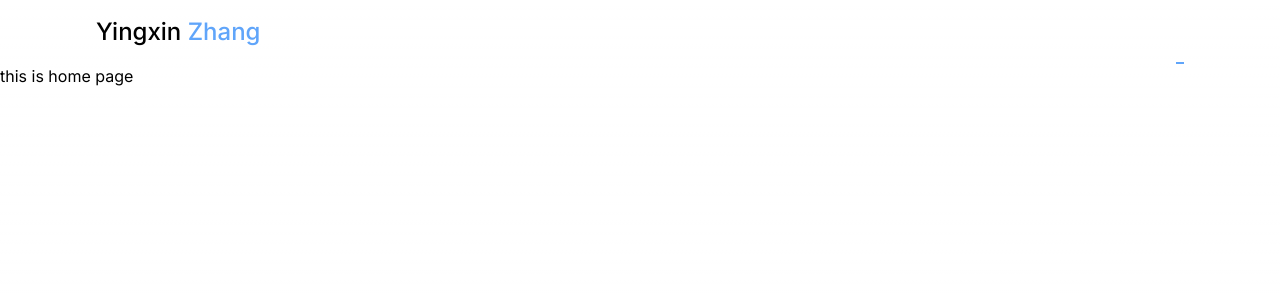
Repository: Tracy-maker/projects_collection
Page: /
The author's editor kept a copy of each file at every save. The page is drawn from the files as they stood at one save, then again after a run of saves.
The browser window is 1280 px wide. The pictures show the whole page.
The project was rebuilt for these pictures with package versions that can differ from the ones it lists, and the page was loaded fresh each time. The framework's server and built-in components were replaced by stand-ins that run in the browser. Also part of the build but not shown: next.config.js.

Above is the page before, as saved 2023-09-14 16:17:34.

### app/layout.tsx
import "./globals.css";
import type { Metadata } from "next";
import { Inter } from "next/font/google";
import Navbar from "./components/NavBar";

const inter = Inter({ subsets: ["latin"] });

export const metadata: Metadata = {
  title: "Create Next App",
  description: "Generated by create next app",
};

export default function RootLayout({
  children,
}: {
  children: React.ReactNode;
}) {
  return (
    <html lang="en">
      <body
        className={`${inter.className} bg-white text-black dark:bg-[#090908] dark:text-white h-full selection:bg-gray-500 dark:selection:bg-gray-800`}
      >
        <Navbar />
        <main> {children}</main>
      </body>
    </html>
  );
}

### app/page.tsx
import Image from "next/image";

export default function Home() {
  return <div>this is home page</div>;
}

### app/components/NavBar.tsx
"use client";

import Link from "next/link";
import { usePathname } from "next/navigation";

export default function Navbar() {
  let pathname = usePathname() || "/";
  return (
    <div className="max-w-6xl mx-auto px-4 sm:px-6 lg:px-8">
      <div className="flex justify-between h-16">
        <div className="flex justify-between w-full">
          <div className="flex items-center">
            <Link href="/">
              <h1 className="text-2xl font-medium">
                Yingxin <span className="text-blue-400">Zhang</span>
              </h1>
            </Link>
          </div>

          <div className="hidden sm:ml-6 sm:flex sm:space-x-8 sm:items-center">
            <Link
              href="/"
              prefetch
              className={`${
                pathname === "/"
                  ? "border-blue-400 dark:text-white h-full inline-flex items-center px-1 pt-1 border-b-2 text-sm font-medium"
                  : "border-transparent text-gray-500 dark:text-gray-300 dark:hover:text-white inline-flex items-center px-1 pt-1 border-b-2 text-sm font-medium"
              }`}
            ></Link>
          </div>
        </div>
      </div>
    </div>
  );
}

Loaded but not shown: app/globals.css (common file); tailwind.config.ts (common file)

After the next 2 saves:
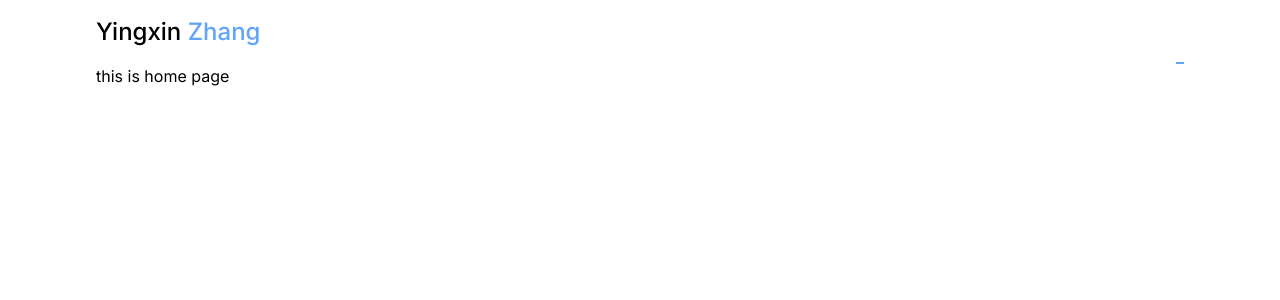
The 2 saves are shown as one change because they came seconds apart.
The last was saved 41 s later.
--- a/app/layout.tsx
+++ b/app/layout.tsx
@@ -21,7 +21,10 @@ export default function RootLayout({
         className={`${inter.className} bg-white text-black dark:bg-[#090908] dark:text-white h-full selection:bg-gray-500 dark:selection:bg-gray-800`}
       >
         <Navbar />
-        <main> {children}</main>
+        <main className="max-w-6xl mx-auto px-4 sm:px-6 lg:px-8">
+          {" "}
+          {children}
+        </main>
       </body>
     </html>
   );
